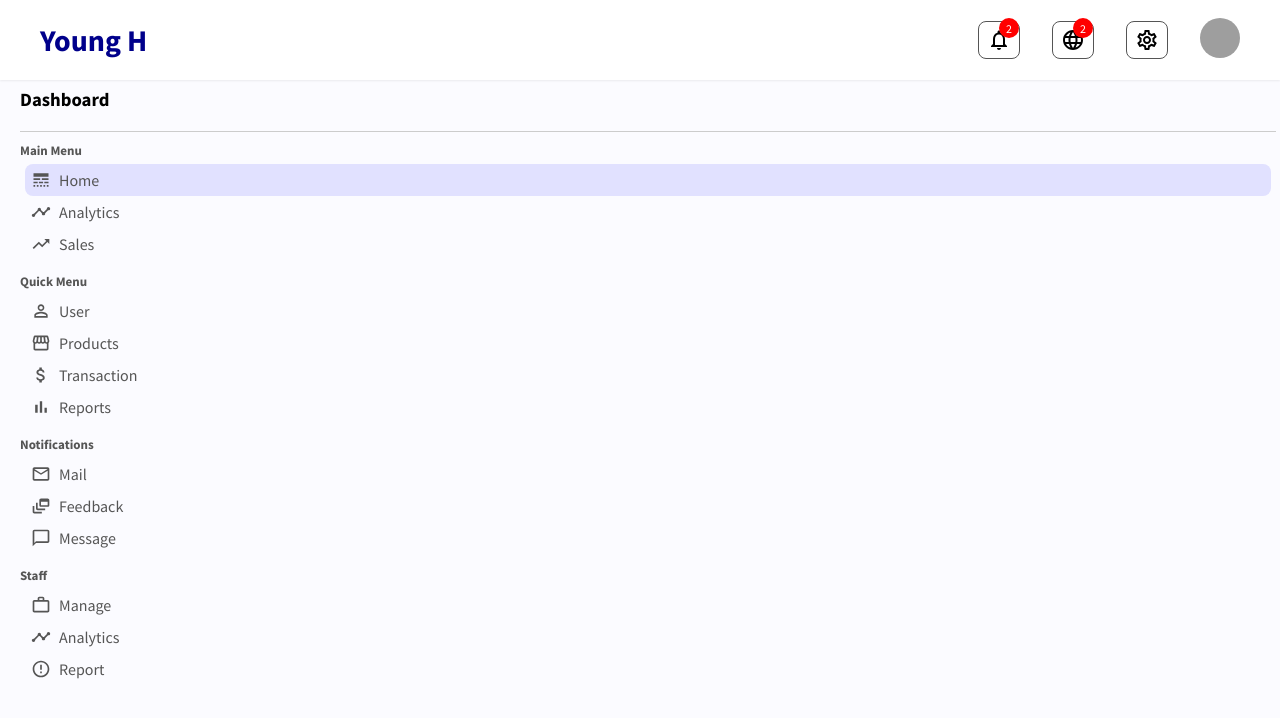
Repository: noname20011/admin
Page: /users
An editor plug-in stored every save of this project. The page is shown before and after the next save, followed by the edit.
The browser window is 1280 px wide. The pictures show the whole page.
Pictures or frames that could not be fetched are drawn as grey boxes. The project was rebuilt for these pictures with package versions that can differ from the ones it lists, and the page was loaded fresh each time. Also part of the build but not shown: src/pages/home/home.css, src/comopnents/featureInfo/feature.css, src/comopnents/featureInfo/Feature.jsx, src/comopnents/chart/chart.css, src/comopnents/chart/Chart.jsx, src/comopnents/widgetSm/widgetSm.css, src/comopnents/widgetSm/WidgetSm.jsx, src/comopnents/widgetLg/widgetLg.css and 3 more.

Above is the page before, as saved 2021-11-14 09:59:18.

After the next save:
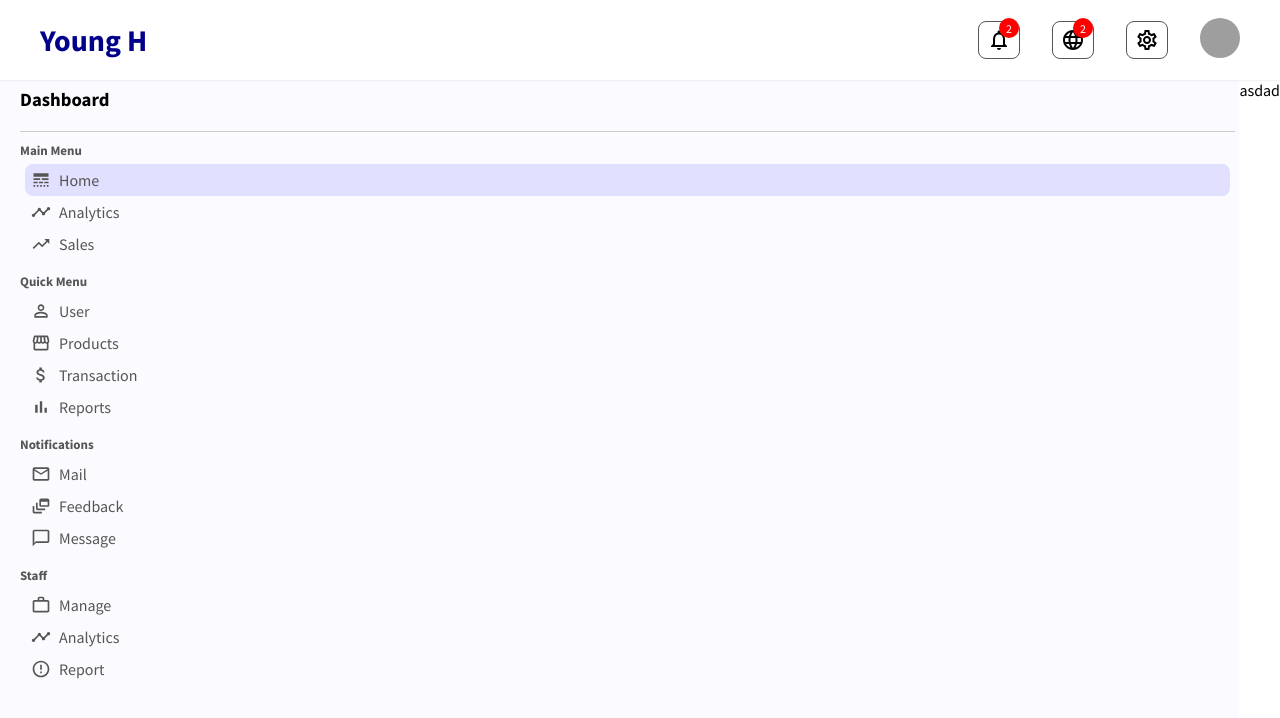
Saved 41 s later.
--- a/src/App.js
+++ b/src/App.js
@@ -1,6 +1,7 @@
 import Topbar from "./comopnents/topbar/Topbar";
 import Sidebar from "./comopnents/sidebar/Sidebar";
 import Home from "./pages/home/Home.jsx"
+import UserList from "./pages/userList/userList";
 import User from "./pages/user/User";
 import './app.css'
 
@@ -14,7 +15,7 @@ function App() {
           <Sidebar/>
           <Routes >
             <Route path="/" exact element={<Home/>}/>
-            <Route path="/users" exact element={<User/>}/>
+            <Route path="/users" exact element={<UserList/>}/>
           </Routes>
         </div>
       </Router>
